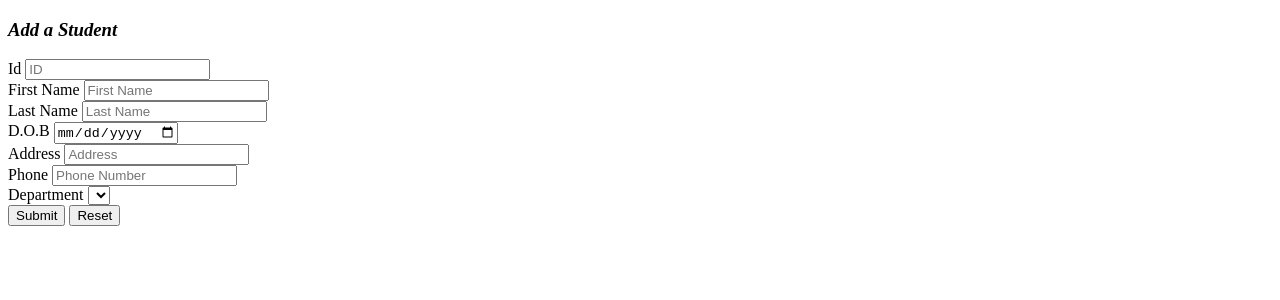
Repository: shubhamsingh331/Learners_Academy
Page: http://localhost/LearnersAcademy/Students/AddStudents.jsp
The author's editor kept a copy of each file at every save. The page is drawn from the files as they stood at one save, then again after the next save.
The browser window is 1280 px wide. The pictures show the whole page.
The page is served by Tomcat 9.

Above is the page before, as saved 2023-10-11 08:45:00.

After the next save:
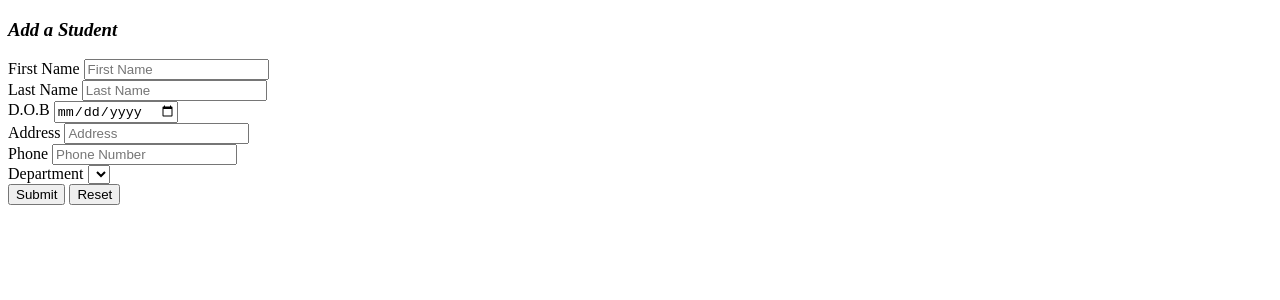
Saved 33 s later.
--- a/LearnersAcademy/src/main/webapp/Students/AddStudents.jsp
+++ b/LearnersAcademy/src/main/webapp/Students/AddStudents.jsp
@@ -13,7 +13,6 @@
 <body>
 <h3><i>Add a Student</i></h3>
 <form action="AddStudentsController.jsp" method="post">
-Id <input type="text" name="id" placeholder="ID"><br>
 First Name <input type="text" name="fname" placeholder="First Name"><br>
 Last Name <input type="text" name="lname" placeholder="Last Name"><br>
 D.O.B <input type="date" name="dob"><br>
